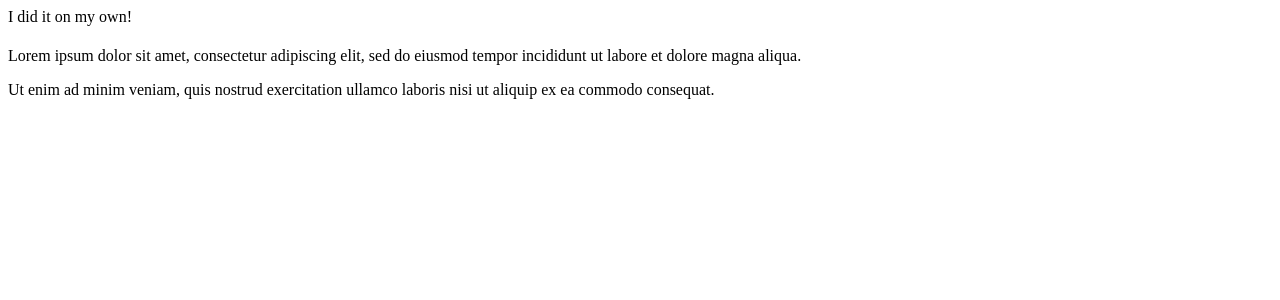
Repository: nashthecoder/code4days
Page: html_boilerplate/index.html
The author's editor kept a copy of each file at every save. The page is drawn from the files as they stood at one save, then again after a run of saves.
The browser window is 1280 px wide. The pictures show the whole page.

Above is the page before, as saved 2023-03-16 14:37:34.

### html_boilerplate/index.html
<!DOCTYPE html>
<html lang="en">

<head>
    <meta charset="utf-8">
    <title>This is my First Webpage</title>
</head>

<body>
    I did it on my own!
</body>
<h1></h1>
<h2></h2>
<h></h>
<h></h>
<h></h>
<h></h>
<p>Lorem ipsum dolor sit amet, consectetur adipiscing elit, sed do eiusmod tempor incididunt ut labore et dolore magna
    aliqua.
</p>
<p>Ut enim ad minim veniam, quis nostrud exercitation ullamco laboris nisi ut aliquip ex ea commodo consequat.
</p>

</html>

After the next 2 saves:
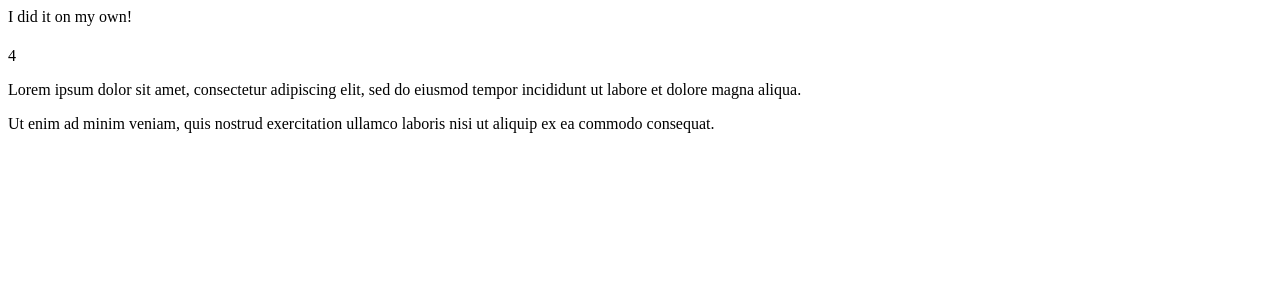
The 2 saves are shown as one change because they came seconds apart.
The last was saved 5 s later.
--- a/html_boilerplate/index.html
+++ b/html_boilerplate/index.html
@@ -11,8 +11,8 @@
 </body>
 <h1></h1>
 <h2></h2>
-<h></h>
-<h></h>
+<h3></h3>
+<h>4</h>
 <h></h>
 <h></h>
 <p>Lorem ipsum dolor sit amet, consectetur adipiscing elit, sed do eiusmod tempor incididunt ut labore et dolore magna
